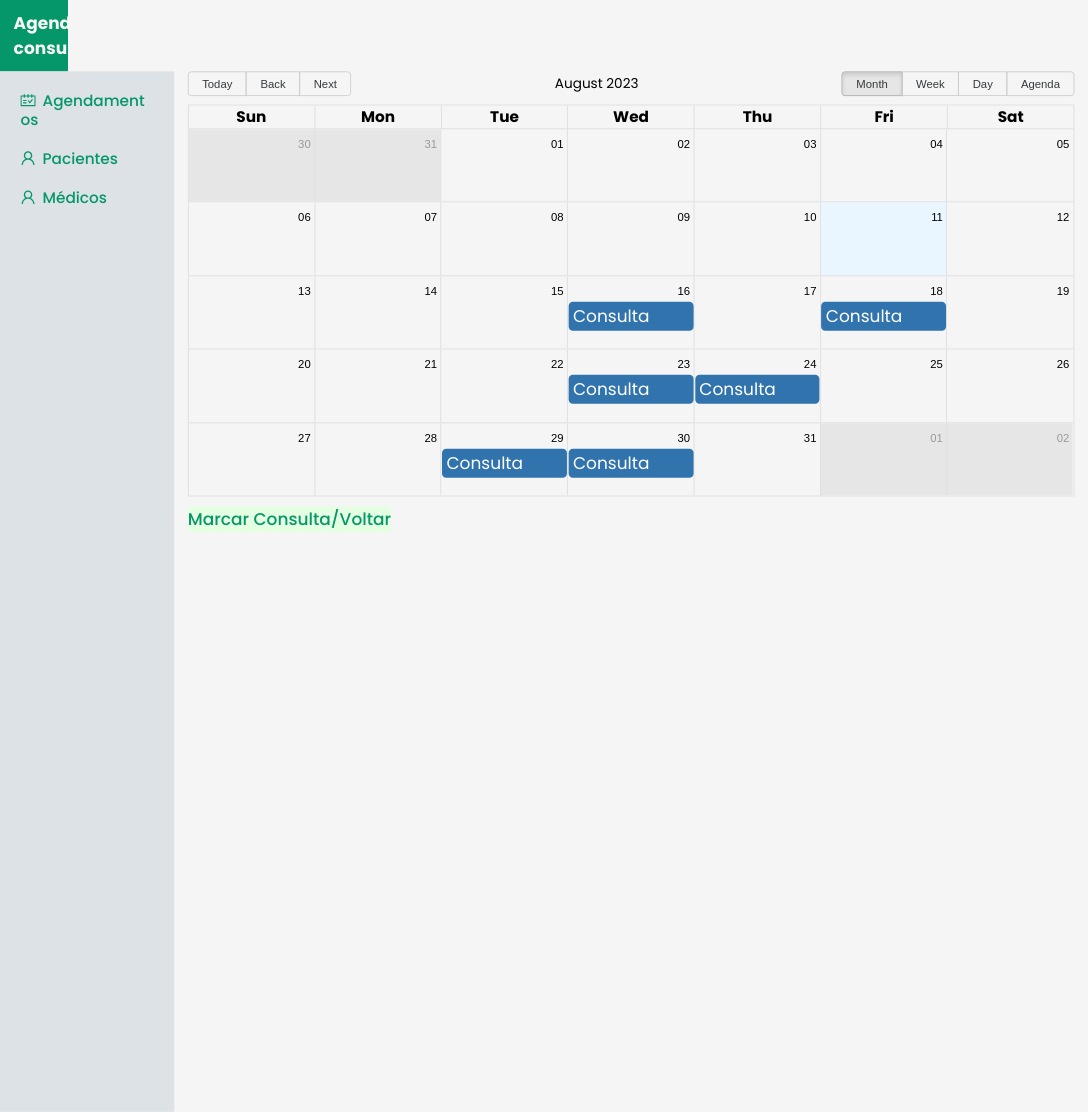
Repository: BarbaraCD/agendaconsulta
Page: /appointments/calendar
These files come from the project's save history. The page is drawn as it stood at one moment and after the next save; the edit follows.
The browser window is 1280 px wide. The pictures show the whole page, at 85% of full size.
The project was rebuilt for these pictures with package versions that can differ from the ones it lists, and the page was loaded fresh each time. Requests to the local data server were answered from the project's data file. Also part of the build but not shown: vite.config.ts, src/styles/StyleList.ts, src/components/Doctors.tsx, src/styles/InputContainer.ts, src/components/InputDoctors.tsx, src/components/SubmitButton.tsx, src/styles/CreateContainer.ts, src/components/CreateDoctor.tsx and 4 more.

Above is the page before, as saved 2023-08-11 14:23:37.

### index.html
<!DOCTYPE html>
<html lang="en">
  <head>
    <meta charset="UTF-8" />
    <link rel="icon" type="image/svg+xml" href="/vite.svg" />
    <meta name="viewport" content="width=device-width, initial-scale=1.0" />

    <link rel="preconnect" href="https://fonts.googleapis.com">
    <link rel="preconnect" href="https://fonts.gstatic.com" crossorigin>
    <link href="https://fonts.googleapis.com/css2?family=Poppins:wght@400;500;700&display=swap" rel="stylesheet">

    <title>Agendamento de Consulta</title>
  </head>
  <body>
    <div id="root"></div>
    <script type="module" src="/src/main.tsx"></script>
  </body>
</html>

### src/main.tsx
/* eslint-disable @typescript-eslint/no-non-null-assertion */
import React from 'react'
import ReactDOM from 'react-dom/client'
import { ThemeProvider } from 'styled-components'
import GlobalStyle, { Container, Content } from './styles/global'
import { theme } from './styles/Theme.ts'
import App from './App.tsx'
import { Routes } from './routes/index.tsx'
import { Header } from './components/Header.tsx'
import { Provider } from 'react-redux'
import store from './store/index.ts'
import { BrowserRouter } from 'react-router-dom'

ReactDOM.createRoot(document.getElementById('root')!).render(
  <React.StrictMode>
    <Provider store={store}>
      <ThemeProvider theme={theme}>
        <GlobalStyle />
        <BrowserRouter>
          <Header />
          <Container>
            <App />
            <Content>
              <Routes />
            </Content>
          </Container>
        </BrowserRouter>
      </ThemeProvider>
    </Provider>
  </React.StrictMode>,
)

### src/styles/global.ts
import styled, { createGlobalStyle } from 'styled-components'

export default createGlobalStyle`
  *{
    margin: 0;
    padding: 0;
    box-sizing: border-box;

  }
  body{
    height: 100%;
    font-family: 'Poppins', sans-serif;
    background: ${(props) => props.theme.colors.white};
    font-size: ${(props) => props.theme.size.xl};
  }
`

export const Container = styled.div`
  display: flex;
`

export const SidebarGlobal = styled.div`
  width: 16%;
`

export const Content = styled.div`
  flex: 1;
  margin: 0 16px;
`

### src/styles/Theme.ts
export const theme = {
  colors: {
    primary: '#059669',
    head: '#059669B3',
    100: '#E4FFE1',

    sbcolor: '#DCE2E6',
    gray: '#41414D',
    black: '#000',
    white: '#f5f5f5',
  },

  size: {
    sm: '14px',
    md: '16px',
    lg: '18px',
    xl: '20px',
    xxl: '24px',
  },
}

### src/App.tsx
import { SidebarGlobal } from './styles/global'
import { Sidebar } from './components/Sidebar'

export default function App() {
  return (
    <SidebarGlobal>
      <Sidebar />
    </SidebarGlobal>
  )
}

### src/routes/index.tsx
import { AppRoutes } from './app.routes'

export function Routes() {
  return (
    <>
      <AppRoutes />
    </>
  )
}

### src/components/Header.tsx
import { styled } from 'styled-components'

const Container = styled.div`
  background-color: ${(props) => props.theme.colors.primary};
  padding: 12px 16px;
  flex: 1;
  width: 100vw;
  color: ${(props) => props.theme.colors.white};
  font-weight: 700;
  a {
    text-decoration: none;
    color: ${(props) => props.theme.colors.white};
    word-break: normal;
  }
  @media (min-width: 768px) {
    width: 80px;
  }
`

export function Header() {
  return (
    <Container>
      <a href="/">Agenda consulta</a>
    </Container>
  )
}

### src/store/index.ts
import { configureStore, ThunkAction, Action } from '@reduxjs/toolkit'
import appointmentReducer from '../features/appointments/appointmentsSlice'

const store = configureStore({
  reducer: {
    appointment: appointmentReducer,
  },
})

export type RootState = ReturnType<typeof store.getState>
export type AppThunk<ReturnType = void> = ThunkAction<
  ReturnType,
  RootState,
  unknown,
  Action<string>
>

export default store

### src/components/Sidebar.tsx
import { ScheduleOutlined, UserOutlined } from '@ant-design/icons'
import { StyledSidebar, StyledList } from '../styles/SidebarStyled'
import { Link } from 'react-router-dom'

export function Sidebar() {
  return (
    <StyledSidebar>
      <StyledList>
        <li>
          <ScheduleOutlined style={{ color: '#059669' }} />
          <Link to="/appointments/new">Agendamentos</Link>
        </li>
        <li>
          <UserOutlined style={{ color: '#059669' }} />
          <Link to="/patients">Pacientes</Link>
        </li>
        <li>
          <UserOutlined style={{ color: '#059669' }} />
          <Link to="/doctors">Médicos</Link>
        </li>
      </StyledList>
    </StyledSidebar>
  )
}

### src/routes/app.routes.tsx
import { Routes, Route } from 'react-router-dom'

import { CreateDoctor } from '../components/CreateDoctor'
import { CreatePatient } from '../components/CreatePatient'
import { App } from 'antd'
import { AppointmentsCalendar } from '../components/Calendar'
import { CreateAppointments } from '../components/Appointments'

export function AppRoutes() {
  return (
    <Routes>
      <Route path="/" element={<App />} />
      <Route path="/patients" element={<CreatePatient />} />
      <Route path="/doctors" element={<CreateDoctor />} />
      <Route path="/appointments/new" element={<CreateAppointments />} />
      <Route path="/appointments/:id/edit" element={<CreateAppointments />} />
      <Route path="/appointments/calendar" element={<AppointmentsCalendar />} />
    </Routes>
  )
}

### src/features/appointments/appointmentsSlice.ts
import { createSlice, PayloadAction, CaseReducer } from '@reduxjs/toolkit'
import { AppointmentsProps } from '../../components/Appointments'

interface AppointmentState {
  appointments: AppointmentsProps[]
}

const initialState: AppointmentState = {
  appointments: [],
}

const appointmentSlice = createSlice({
  name: 'appointment',
  initialState,
  reducers: {
    addAppointment: (state, action: PayloadAction<AppointmentsProps>) => {
      state.appointments.push(action.payload)
    },
  },
})

export const { addAppointment } = appointmentSlice.actions

export type AppointmentAction = ReturnType<
  CaseReducer<typeof appointmentSlice.reducer>
>

export default appointmentSlice.reducer

### src/styles/SidebarStyled.ts
import styled from 'styled-components'

export const StyledSidebar = styled.div`
  display: flex;
  flex-direction: column;
  background-color: ${(props) => props.theme.colors.sbcolor};
  color: ${(props) => props.theme.colors.black};
  font-size: ${(props) => props.theme.size.lg};
  font-weight: 500;
  justify-content: flex-start;
  align-items: flex-start;
  overflow: auto;
  height: 170vh;

  @media (max-width: 768px) {
    width: 100%;
    height: 650vh;
  }
`

export const StyledList = styled.ul`
  list-style: none;
  padding: 12px;

  li {
    cursor: pointer;
    padding: 12px;
    line-height: 22px;
  }

  a {
    text-decoration: none;
    color: ${(props) => props.theme.colors.primary};
    margin: 8px;
    word-break: break-all;
  }
`

### src/components/Calendar.tsx
/* eslint-disable @typescript-eslint/no-non-null-assertion */
import { useEffect, useState } from 'react'
import moment from 'moment'
import { Calendar, momentLocalizer } from 'react-big-calendar'
import 'react-big-calendar/lib/css/react-big-calendar.css'
import {
  deleteAppointment,
  getAppointment,
} from '../services/appointment.services'
import {
  CalendarStyled,
  ApFooter,
  StyledLink,
  StyledModal,
} from '../styles/Appointments'
import { AppointmentsProps } from './Appointments'
import { getDoctorById } from '../services/doctor.services'
import { getPatientById } from '../services/patient.services'
import { DeleteOutlined, EditOutlined } from '@ant-design/icons'
import { PatientsTypes } from '../model/patients'
import { DoctorsTypes } from '../model/doctors'

const localizer = momentLocalizer(moment)

interface Event {
  title: string
  start: Date
  end: Date
}

type SelectedAppointmentType = AppointmentsProps & {
  doctor: DoctorsTypes
  patient: PatientsTypes
}

export const AppointmentsCalendar = () => {
  const [appointments, setAppointments] = useState<AppointmentsProps[]>([])
  const [selectedAppointment, setSelectedAppointment] =
    useState<SelectedAppointmentType | null>(null)
  const [selectedAppointmentId, setSelectedAppointmentId] = useState<
    number | null
  >(null)
  const [modalVisible, setModalVisible] = useState(false)
  const [showDeleteConfirmation, setShowDeleteConfirmation] = useState(false)

  useEffect(() => {
    fetchAppointments().catch((error) => {
      console.error('Error fetching Appointments:', error)
    })
  }, [])

  async function fetchAppointments() {
    try {
      const response: AppointmentsProps[] = await getAppointment()
      setAppointments(response)
    } catch (error) {
      console.error('Error fetching Appointments:', error)
    }
  }

  const availableEvents: Event[] = appointments.map((appointment) => ({
    title: 'Consulta',
    start: new Date(appointment.date),
    end: moment(appointment.date).add(55, 'minutes').toDate(),
  }))

  const handleSelectEvent = async (event: Event) => {
    const selected = appointments.find((appointment) =>
      moment(appointment.date).isSame(event.start),
    )
    if (selected) {
      const doctor = await getDoctorById(selected.doctorID)
      const patient = await getPatientById(selected.patientID)

      setSelectedAppointment({
        ...selected,
        doctor,
        patient,
      })
    }
    setModalVisible(true)
  }

  const closeModal = () => {
    setModalVisible(false)
    setSelectedAppointment(null)
  }

  const handleDeleteAppointment = (id: number) => {
    setSelectedAppointmentId(id)
    setShowDeleteConfirmation(true)
  }

  const confirmDelete = async (id: number) => {
    await deleteAppointment(id)
    await fetchAppointments()
    closeModal()
    setShowDeleteConfirmation(false)
  }

  const cancelDelete = () => {
    setSelectedAppointmentId(null)
    setShowDeleteConfirmation(false)
  }

  return (
    <CalendarStyled>
      <Calendar
        localizer={localizer}
        events={availableEvents}
        defaultView="month"
        selectable
        popup
        style={{ height: 500 }}
        onSelectEvent={handleSelectEvent}
      />
      <ApFooter>
        <StyledLink to="/appointments/new">Marcar Consulta/Voltar</StyledLink>
      </ApFooter>

      <StyledModal
        title={<h3>Detalhes da Consulta</h3>}
        open={modalVisible}
        onCancel={closeModal}
        footer={null}
      >
        {selectedAppointment && (
          <div>
            <p>Médico: {selectedAppointment.doctor.name}</p>
            <p>Paciente: {selectedAppointment.patient.name}</p>
            <p>
              Data:{' '}
              {moment(selectedAppointment.date).format('DD/MM/YYYY HH:mm')}
            </p>
            <p>Sintomas: {selectedAppointment.symptoms}</p>
            <div>
              <button>
                <StyledLink to={`/appointments/${selectedAppointment.id}/edit`}>
                  <EditOutlined />
                </StyledLink>
              </button>
              <button
                onClick={() => handleDeleteAppointment(selectedAppointment.id)}
              >
                <DeleteOutlined />
              </button>
            </div>
          </div>
        )}

        {showDeleteConfirmation && (
          <div>
            <p>Tem certeza que deseja excluir?</p>
            <button onClick={() => confirmDelete(selectedAppointmentId!)}>
              Sim
            </button>
            <button onClick={() => cancelDelete()}>Não</button>
          </div>
        )}
      </StyledModal>
    </CalendarStyled>
  )
}

### src/services/doctor.services.ts
import { DoctorsProps } from '../components/Doctors'
import { api } from './ApiConfig'

export async function getDoctors(): Promise<DoctorsProps[]> {
  try {
    const response = await api.get('/doctor')
    // eslint-disable-next-line @typescript-eslint/no-unsafe-return
    return response.data
  } catch (error) {
    throw new Error('Erro ao obter dados dos pacientes:')
  }
}

export async function getDoctorById(id: number): Promise<DoctorsProps> {
  try {
    const response = await api.get(`/doctor/${id}`)
    // eslint-disable-next-line @typescript-eslint/no-unsafe-return
    return response.data
  } catch (error) {
    throw new Error('Erro ao obter dados dos Medicos:')
  }
}

export async function createDoctor(
  name: string,
  crm: number,
  specialization: string,
) {
  return api.post('/doctor', {
    name,
    crm,
    specialization,
  })
}

export async function updateDoctor(id: number, data: DoctorsProps) {
  try {
    const response = await api.put(`/doctor/${id}`, data)
    // eslint-disable-next-line @typescript-eslint/no-unsafe-return
    return response.data
  } catch (error) {
    throw new Error('Erro ao obter dados dos pacientes:')
  }
}

export async function deleteDoctor(id: number) {
  return await api.delete(`/doctor/${id}`)
}

### src/styles/Appointments.ts
import { Modal } from 'antd'
import DatePicker from 'react-datepicker'
import { Link } from 'react-router-dom'
import { styled } from 'styled-components'

export const StyledAppointments = styled.div`
  color: ${(props) => props.theme.colors.black};
  font-size: ${(props) => props.theme.size.md};
  padding: 20px 0;
  overflow: hidden;
  word-break: break-all;
`

export const APBody = styled.div`
  display: flex;
  flex-direction: column;
  gap: 20px;
  word-break: break-all;
  margin-bottom: 12px;

  h3 {
    font-size: ${(props) => props.theme.size.xl};
    background-color: ${(props) => props.theme.colors[100]};
    color: ${(props) => props.theme.colors.primary};
    margin-bottom: 12px;
    word-break: break-all;
  }
`
export const ApFooter = styled.div`
  display: flex;
  align-items: center;
  justify-content: space-between;
  word-break: break-all;
  margin-bottom: 8px;
`

export const StyledLink = styled(Link)`
  text-decoration: none;
  color: ${(props) => props.theme.colors.primary};
  background-color: ${(props) => props.theme.colors[100]};
  font-weight: 500;
  border-radius: 4px;
  margin-top: 12px;
  word-break: break-all;
`

export const StyledLink2 = styled(Link)`
  text-decoration: none;
  color: ${(props) => props.theme.colors.sbcolor};
  background-color: red;
  font-weight: 500;
  border-radius: 4px;
  margin-top: 24px;
  padding: 8px;
`

export const CalendarStyled = styled.div`
  display: block;
`

export const StyledModal = styled(Modal)`
  color: ${(props) => props.theme.colors.primary};

  h3 {
    background-color: ${(props) => props.theme.colors[100]};
    color: ${(props) => props.theme.colors.primary};
    font-size: ${(props) => props.theme.size.xl};
    padding: 10px;
    text-align: center;
    margin-bottom: 8px;
  }

  p {
    margin-left: 8px;
    font-size: ${(props) => props.theme.size.lg};
  }

  button {
    margin: 8px;
    padding: 4px;
    cursor: pointer;
    border: none;
    font-weight: 500;
    color: ${(props) => props.theme.colors.primary};
    background-color: ${(props) => props.theme.colors[100]};
    font-size: ${(props) => props.theme.size.lg};
  }
`

export const StyledDatepicker = styled(DatePicker)`
  width: 100%;
  border: 1px solid lightgray;
  border-radius: 4px;
  padding: 8px;
  text-decoration: 1px solid lightgray;
`

### src/services/patient.services.ts
import { PatientsProps } from '../components/Patients'
import { api } from './ApiConfig'

export async function getPatient(): Promise<PatientsProps[]> {
  try {
    const response = await api.get('/patient')
    // eslint-disable-next-line @typescript-eslint/no-unsafe-return
    return response.data
  } catch (error) {
    throw new Error('Erro ao obter dados dos pacientes:')
  }
}

export async function getPatientById(id: number): Promise<PatientsProps> {
  try {
    const response = await api.get(`/patient/${id}`)
    // eslint-disable-next-line @typescript-eslint/no-unsafe-return
    return response.data
  } catch (error) {
    throw new Error('Erro ao obter dados dos pacientes:')
  }
}

export async function createPatient(
  name: string,
  age: number,
  telephone: number,
  email: string,
) {
  return api.post('/patient', {
    name,
    age,
    telephone,
    email,
  })
}

export async function updatePatient(id: number, data: PatientsProps) {
  try {
    const response = await api.put(`/patient/${id}`, data)
    // eslint-disable-next-line @typescript-eslint/no-unsafe-return
    return response.data
  } catch (error) {
    throw new Error('Erro ao obter dados dos pacientes:')
  }
}

export async function deletePatient(id: number) {
  return await api.delete(`/patient/${id}`)
}

### src/services/appointment.services.ts
import { AppointmentsProps } from '../components/Appointments'
import { api } from './ApiConfig'

export async function getAppointment(): Promise<AppointmentsProps[]> {
  try {
    const response = await api.get('/appointment')
    // eslint-disable-next-line @typescript-eslint/no-unsafe-return
    return response.data
  } catch (error) {
    throw new Error('Erro ao obter dados dos agendamentos:')
  }
}

export async function getAppointmentById(
  id: number,
): Promise<AppointmentsProps> {
  try {
    const response = await api.get(`/appointment/${id}`)
    // eslint-disable-next-line @typescript-eslint/no-unsafe-return
    return response.data
  } catch (error) {
    throw new Error('Erro ao obter dados dos agendamentos:')
  }
}

export async function createAppointment(newAppointment: AppointmentsProps) {
  return api.post('/appointment', newAppointment)
}

export async function updateAppointment(id: string, data: AppointmentsProps) {
  try {
    const response = await api.put(`/appointment/${id}`, data)
    // eslint-disable-next-line @typescript-eslint/no-unsafe-return
    return response.data
  } catch (error) {
    throw new Error('Erro ao obter dados da consulta:')
  }
}

export async function deleteAppointment(id: number) {
  return await api.delete(`/appointment/${id}`)
}

### db/db.json
{
  "patient": [
    {
      "name": "THAYNARA DA SILVA CARDOSO",
      "age": 23,
      "telephone": 64999879665,
      "email": "thaynara@gmail.com",
      "id": 1
    },
    {
      "name": "SIOBHAN ROY",
      "age": 35,
      "telephone": 64984563214,
      "email": "shivroy@gmail.com",
      "id": 2
    },
    {
      "name": "BARBARA CASTRO DINIZ",
      "age": 26,
      "telephone": 64999868599,
      "email": "barbaracastrod7@gmail.com",
      "id": 3
    },
    {
      "name": "DAMON SALVATORE",
      "age": 99,
      "telephone": 64987569863,
      "email": "damon@gmail.com",
      "id": 4
    },
    {
      "name": "SELENA GOMES",
      "age": 30,
      "telephone": 64932154785,
      "email": "selena@gmail.com",
      "id": 5
    },
    {
      "name": "Olivia Rodrigo",
      "age": 20,
      "telephone": 64984632514,
      "email": "olivia@gmail.com",
      "id": 6
    },
    {
      "name": "Joshua Basset",
      "age": 23,
      "telephone": 64999868583,
      "email": "joshua@gmail.com",
      "id": 7
    }
  ],
  "doctor": [
    {
      "name": "BARBARA CASTRO DINIZ",
      "crm": 59852,
      "specialization": "gastroenterologista",
      "id": 1
    },
    {
      "name": "LUIZ CARVALHO FERREIRA",
      "crm": 89652,
      "specialization": "PSIQUIATRA",
      "id": 2
    },
    {
      "name": "KENDALL ROY",
      "crm": 89465,
      "specialization": "DERMATOLOGISTA",
      "id": 3
    },
    {
      "name": "Harry Styles",
      "crm": 89456,
      "specialization": "Pediatra",
      "id": 4
    },
    {
      "name": "Sabrina Carpenter",
      "crm": 45687,
      "specialization": "Neurologista",
      "id": 5
    }
  ],
  "appointment": [
    {
      "doctorID": 2,
      "patientID": 1,
      "date": "2023-08-23T19:00:00.000Z",
      "symptoms": "dor no estomago",
      "id": 1
    },
    {
      "doctorID": 2,
      "patientID": 2,
      "date": "2023-08-24T21:00:00.000Z",
      "symptoms": "sdrftgh dghnd dghnxd",
      "id": 2
    },
    {
      "doctorID": 4,
      "patientID": 5,
      "date": "2023-08-18T11:00:00.000Z",
      "symptoms": "edvhnskdj adibfvja dfignvsfhgb",
      "id": 3
    },
    {
      "doctorID": 3,
      "patientID": 2,
      "date": "2023-08-16T15:00:00.000Z",
      "symptoms": "kjsfjsb dkjfgbd bfdjgbfj bfjbg",
      "id": 4
    },
    {
      "doctorID": 5,
      "patientID": 6,
      "date": "2023-08-30T13:00:00.000Z",
      "symptoms": "dor de cabeça",
      "id": 5
    },
    {
      "doctorID": 3,
      "patientID": 3,
      "date": "2023-08-29T18:00:00.000Z",
      "symptoms": "dfjkbndf dfkjgh dkcvjdm dfjgbdjfbh",
      "id": 6
    }
  ]
}

Loaded but not shown: src/services/ApiConfig.ts (common file)

After the next save:
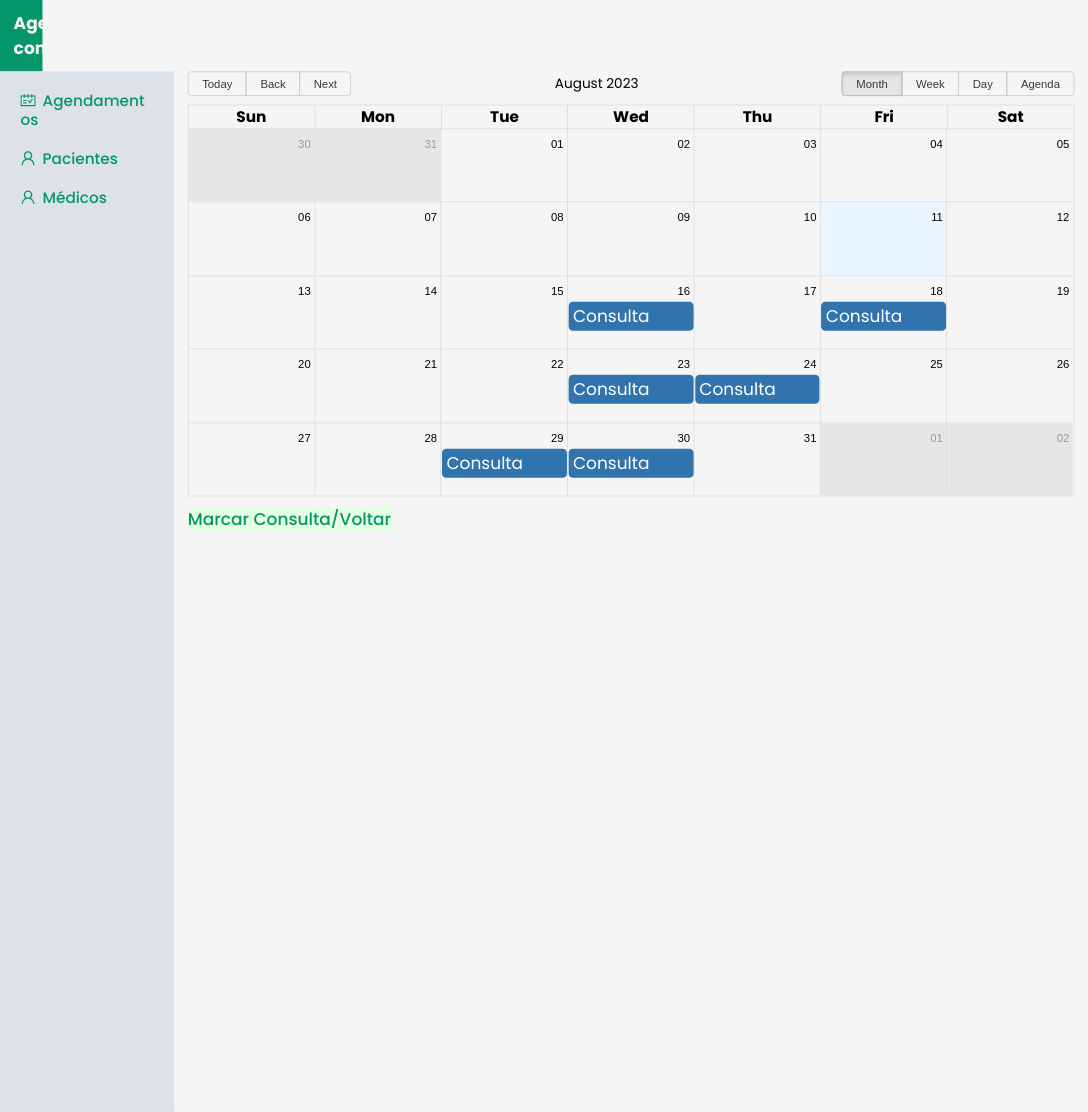
Saved 8 s later.
--- a/src/components/Header.tsx
+++ b/src/components/Header.tsx
@@ -13,7 +13,7 @@ const Container = styled.div`
     word-break: normal;
   }
   @media (min-width: 768px) {
-    width: 80px;
+    width: 50px;
   }
 `
 
